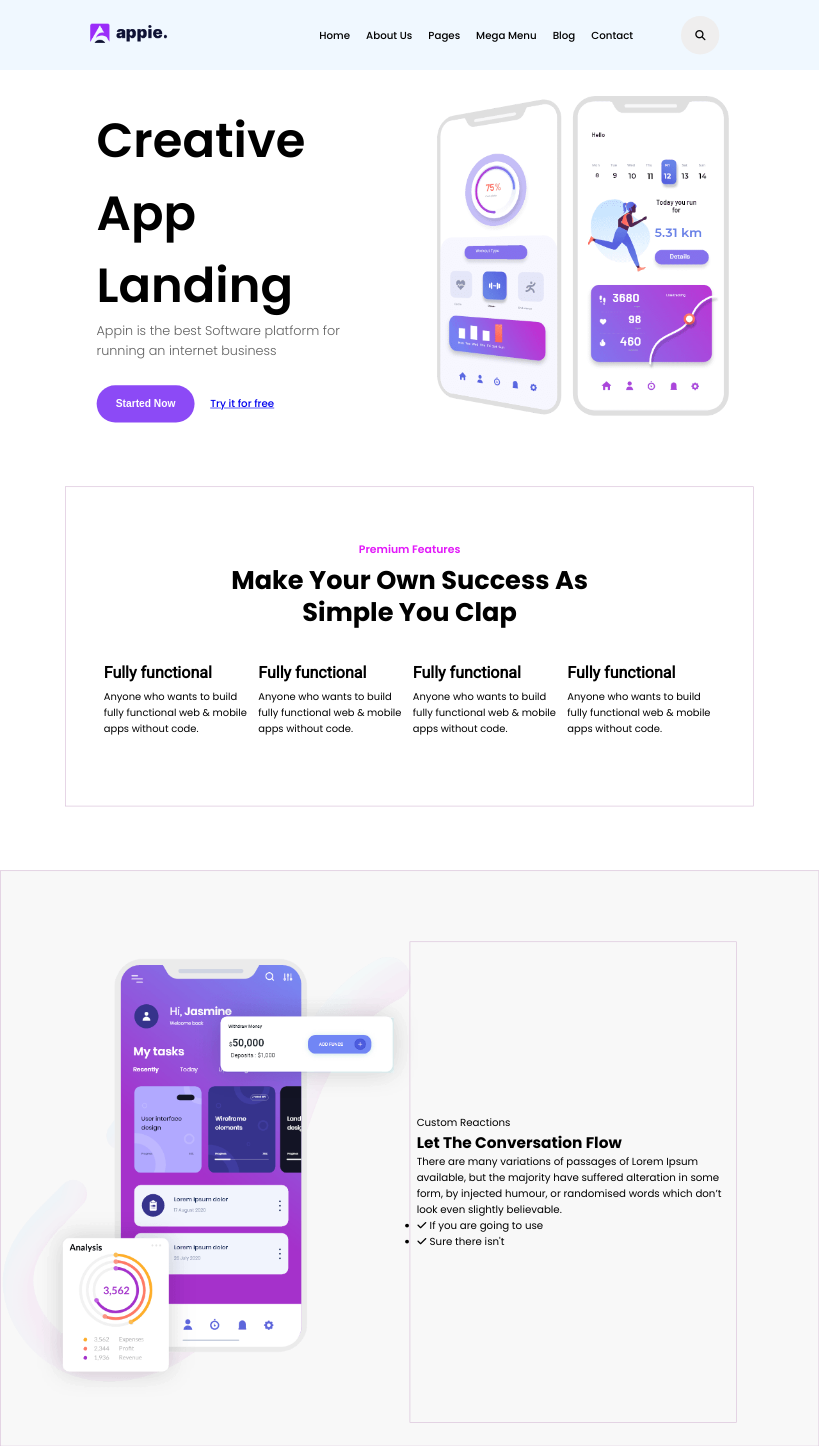
Repository: northpx/landingpage
Page: index.html
The author's editor kept a copy of each file at every save. The page is drawn from the files as they stood at one save, then again after a run of saves.
The browser window is 1280 px wide. The pictures show the whole page, at 64% of full size.

Above is the page before, as saved 2022-12-28 15:41:12.

### index.html
<!DOCTYPE html>
<html lang="en">

<head>
    <meta charset="UTF-8">
    <meta http-equiv="X-UA-Compatible" content="IE=edge">
    <meta name="viewport" content="width=device-width, initial-scale=1.0">
    <link rel="stylesheet" href="/src/css/style.css">
    <link rel="stylesheet" href="https://cdnjs.cloudflare.com/ajax/libs/font-awesome/6.2.1/css/all.min.css"
        integrity="sha512-MV7K8+y+gLIBoVD59lQIYicR65iaqukzvf/nwasF0nqhPay5w/9lJmVM2hMDcnK1OnMGCdVK+iQrJ7lzPJQd1w=="
        crossorigin="anonymous" referrerpolicy="no-referrer" />
    <title>Document</title>

</head>

<body>
    <div class="container">
        <div class="navbar">
            <div class="logo">
                <div class="logo-img">
                    <img src="image/purple-logo.png" alt="">
                </div>
            </div>
            <div class="menu">
                <div class="menu-list">
                    <ul class="menu-item">
                        <li class="item">Home</li>
                        <li class="item">About Us</li>
                        <li class="item">Pages</li>
                        <li class="item">Mega Menu</li>
                        <li class="item">Blog</li>
                        <li class="item">Contact</li>
                    </ul>
                </div>
                <i class="fa-solid fa-bars"></i>
                <div class="search">
                    <div class="box-search">
                        <i class="fa-solid fa-magnifying-glass"></i>
                    </div>
                </div>
            </div>

        </div>
        <div class="header">
            <div class="header1">
                <div class="content">
                    <div class="header1_content">
                        <h1>Creative <br>App Landing</h1>
                        <h6>Appin is the best Software platform for running an internet business</h6>
                    </div>
                    <button class="btn_start">
                        Started Now
                    </button>
                    <a href="#">Try it for free</a>
                </div>
            </div>
            <div class="header2">
                <div class="header2_image">
                    <img src="image/home1-app-screen.png" alt="">
                </div>
            </div>
        </div>
        <div class="section2">
            <div class="section2_box">
                <div class="section2_title">
                    <p>Premium Features</p>
                    <h2>Make Your Own Success As <br>Simple You Clap</h2>
                </div>
                <div class="section2_content">
                    <div class="section2_content_body">
                        <div class="content1">
                            <div class="content_title">
                                <h2>Fully functional</h2>
                                <p>Anyone who wants to build fully functional web & mobile apps without code.</p>
                            </div>
                        </div>
                        <div class="content1">
                            <div class="content_title">
                                <h2>Fully functional</h2>
                                <p>Anyone who wants to build fully functional web & mobile apps without code.</p>
                            </div>
                        </div>
                        <div class="content1">
                            <div class="content_title">
                                <h2>Fully functional</h2>
                                <p>Anyone who wants to build fully functional web & mobile apps without code.</p>
                            </div>
                        </div>
                        <div class="content1">
                            <div class="content_title">
                                <h2>Fully functional</h2>
                                <p>Anyone who wants to build fully functional web & mobile apps without code.</p>
                            </div>
                        </div>
                    </div>
                </div>
            </div>
        </div>
        <div class="section3_container">
            <div class="section3">
                <div class="section3_img">
                    <div class="image">
                        <img src="image/Screen-1-1.png" alt="">
                    </div>
                </div>
                <div class="section3_content">
                    <div class="content3">
                        <p>Custom Reactions</p>
                        <h2>Let The Conversation Flow</h2>
                        <p>
                            There are many variations of passages of Lorem Ipsum available, but the majority have
                            suffered alteration in some form, by injected humour, or randomised words which don’t look
                            even slightly believable.
                        </p>
                        <ul>
                            <li>
                                <i class="fas fa-check"></i>
                                <span>If you are going to use</span>
                            </li>
                            <li>
                                <i class="fas fa-check"></i>
                                <span>Sure there isn't</span>
                            </li>
                        </ul>
                    </div>
                </div>
            </div>
        </div>
    </div>

</html>

### src/css/style.css
@import url('https://fonts.googleapis.com/css2?family=Poppins:ital,wght@0,200;0,300;0,400;0,500;0,600;0,700;0,800;0,900;1,200;1,300;1,400;1,500;1,600;1,700;1,800;1,900&family=Roboto&display=swap');
@import url(https://fonts.googleapis.com/css?family=Open+Sans:300,400,700);
*{
    padding: 0;
    margin: 0;
    box-sizing: border-box;
}
body{
    font-family: 'Poppins';
}
.container{
    width: 100%;
    height: 1000px;
    /* overflow: auto; */
}

.navbar{
    display: flex;
    width: 100%;
    height: 110px;
    align-items: center;
    margin: 0 auto;
    padding: 0 11%;
    position: sticky;
    top: 0;
    z-index: 5;
    background-color: aliceblue;
}


.menu{
    display: flex;
    margin-left: auto;
    align-items: center;
}

.menu .menu-item{
    display: flex;
    list-style-type: none;
}

.item{
    margin-right: 25px;
    font-weight: 500;
}

.search{
    margin-left: 50px;
    margin-right: 5px;
    align-items: center;
}
.box-search{
    width: 60px;
    height: 60px;
    background: #efeeee;
    color: rgb(4, 4, 4);
    display: inline-flex;
    align-items: center;
    justify-content: center;
    border-radius: 50%;
    margin-right: 10px;
}

.fa-solid.fa-bars{
    display: none;
}

.header{
    width: 78%;
    height: 550px;
    margin: 0 auto;
}

.header1{
    float: left;
    width: 50%;
    height: 550px;
    position: relative;
}
.header2{
    float: left;
    width: 50%;
    height: 550px;
    position: relative;
}
.header::after{
    content: "";
    display: table;
    clear: both;
}

.content{
    position: absolute;
    width: 90%;
    bottom: 0;
    left: 0;
    padding-left: 10px;
}
.header2_image{
    position: absolute;
    right: 0;
    bottom: 0;
}

.btn_start{
    border-radius: 30px;
    padding: 20px 30px;
    font-size: 16px;
    font-weight: 600;
    color: white;
    margin-right: 20px;
    border: none;
    outline: none;
    background-color: rgb(140, 74, 246);
}

a{
    font-size: 16px;
    font-weight: 500;
}

.header1_content{
    margin-bottom: 40px;
}
h1{
    font-size: 75px;
    font-weight: 600;
}

h6{
    font-weight: 300;
    font-size: 20px;
    color: rgb(97, 97, 97);
}

.section2{
    width: 84%;
    height: 500px;
    display: flex;
    flex-direction: column;
    border: 1px solid thistle;
    margin: 100px auto;
    /* margin-top: 100px; */
    align-items: center;
    justify-content: center;
}
.section2_title{
    text-align: center;
}
.section2_title h2{
    font-size: 40px;
    line-height: 50px;
}
.section2_title p{
    font-size: 17px;
    font-weight: 600;
    color: rgb(226, 24, 249);
    margin-bottom: 10px;
}
.section2_box{
    display: flex;
    flex-direction: column;
    margin-bottom: 20px;
    align-items: center;
    justify-content: center;
}

.section2_content{
    width: 100%;
    margin-top: 50px;
}
.section2_content_body{
    width: 90%;
    display: flex;
    margin: 0 auto;
}
.content1{
    width: 25%;
    padding: 5px;
}

.content_title h2{
    font-family: 'Roboto';
    font-weight: bold;
    font-size: 25px;
    margin-bottom: 10px;
}
.content_title p {
    line-height: 25px;
    font-size: 15.5px;
}

.section3_container{
    width: 100%;
    height: 900px;
    border: 1px solid thistle;
    background-color: rgb(248, 248, 248);
    padding: 110px 0px 70px;
}

.section3{
    width: 80%;
    display: flex;
    margin: 0 auto;
}

.section3_img{
    width: 50%;
    align-items: center;
    display: flex;
    flex-wrap: wrap;
    justify-content: center;
    line-height: 30px;
    padding: 10px;
}
.image{
    margin-left: -100px;
}
.section3_img img{
    display: inline-block;
    text-align: left;
}

.section3_content{
    display: flex;
    flex-wrap: wrap;
    align-items: center;
    justify-content: center;
    width: 50%;
    border: 1px solid thistle;
    padding: 10px;
}
.content3{
    width: 100%;
}

After the next 3 saves:
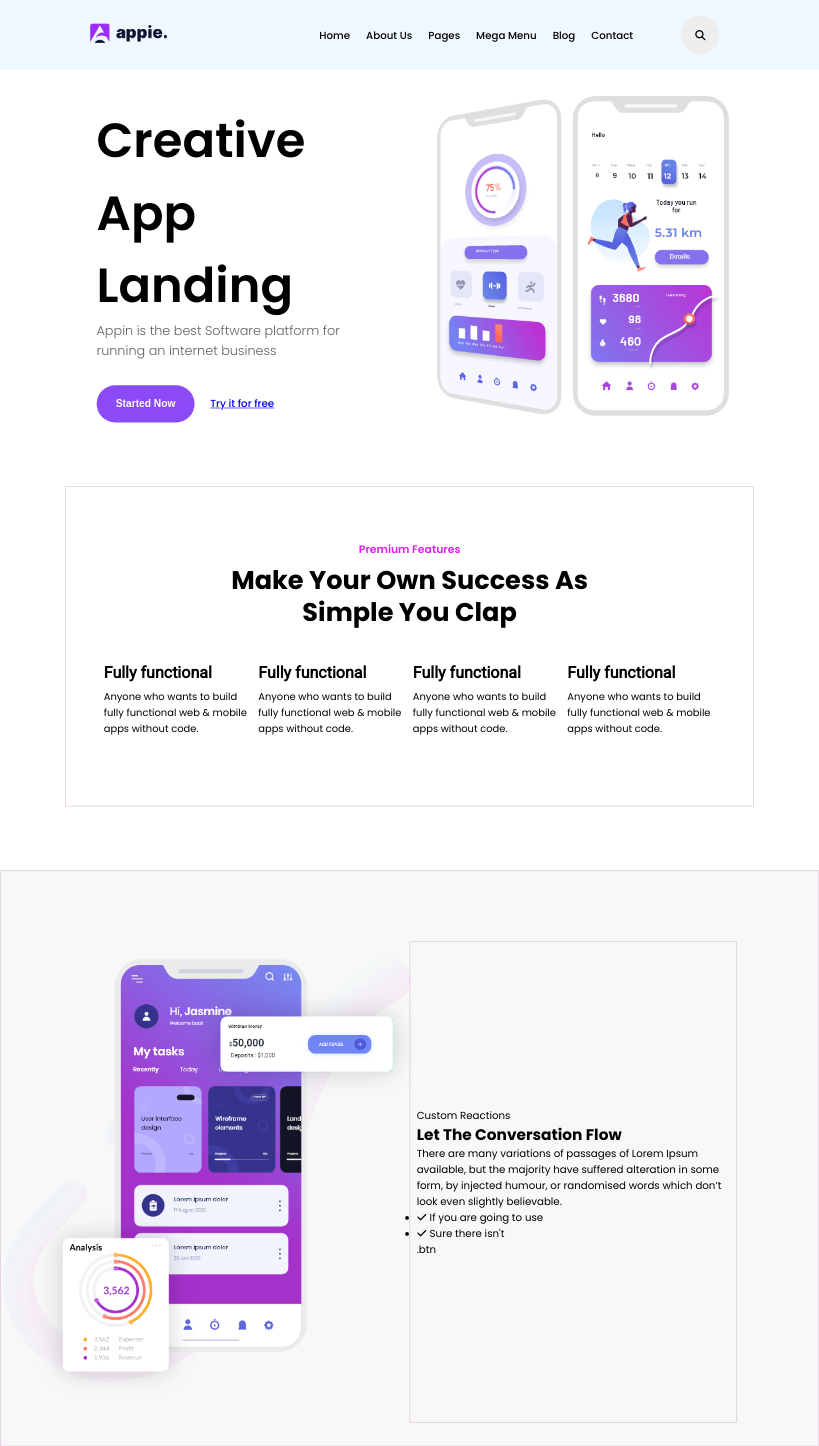
The 3 saves are shown as one change because they came seconds apart.
The last was saved 23 s later.
--- a/index.html
+++ b/index.html
@@ -122,6 +122,7 @@
                                 <span>Sure there isn't</span>
                             </li>
                         </ul>
+                        .btn
                     </div>
                 </div>
             </div>
